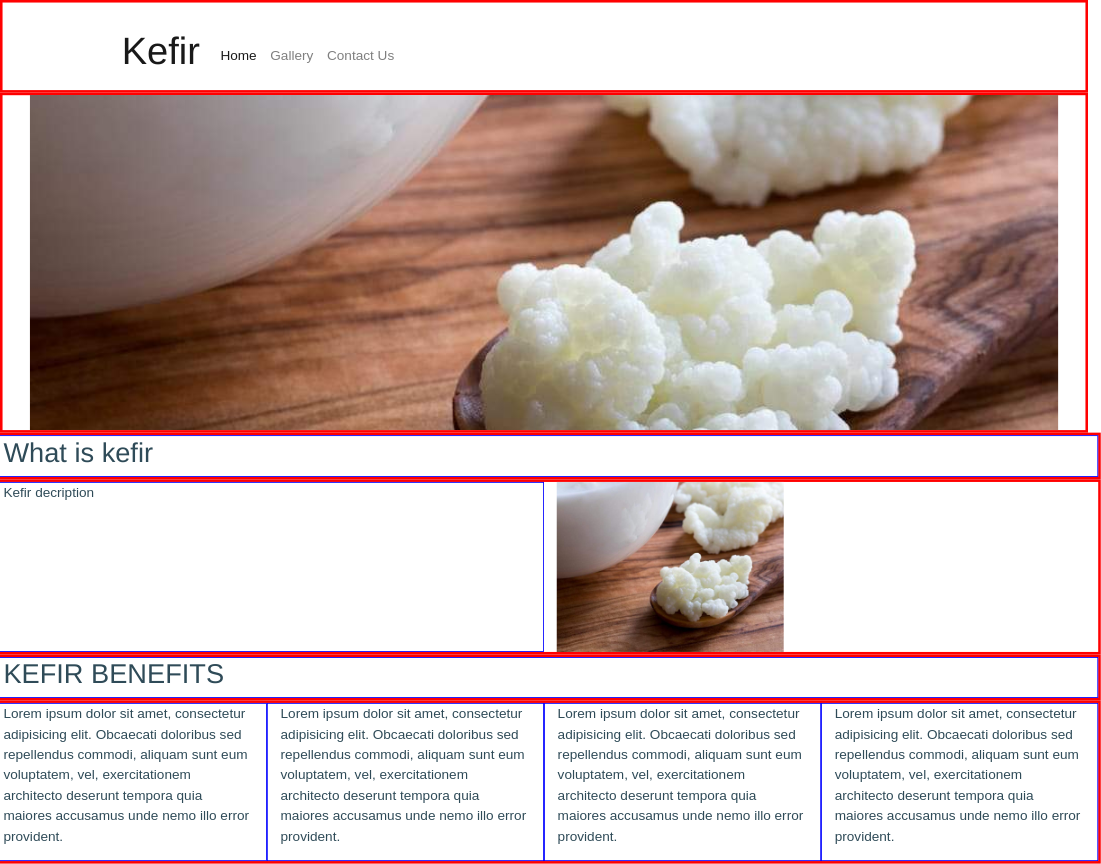
Repository: andna5980/kefir-web
Page: src/index.html
The author's editor kept a copy of each file at every save. The page is drawn from the files as they stood at one save, then again after the next save.
The browser window is 1280 px wide. The page is 1295 px wide, so the pictures cover 1295 px, including what lies to the right of the window. The pictures show the whole page, at 85% of full size.
Some web fonts or font styles are not loaded; a fallback is used. Some web libraries are served in a nearby version.

Above is the page before, as saved 2021-02-28 12:17:22.

### src/index.html
<!DOCTYPE html>
<html lang="en-US">

<head>
  <meta charset="UTF-8">
  <meta name="viewport" content="width=device-width, initial-scale=1.0">
  <meta name="author" content="Andres Navarrete">
  <meta name="description"
    content="Kefir, meet the power of nature. Bring the right knowledge and the best recipes from mother nature">
  <meta name="keywords" content="Kefir, recipes, natural-products, home-made, organic, healthy">
  <title>KEFIR | MEET THE POWER OF NATURE</title>
  <link rel="stylesheet" href="https://cdn.jsdelivr.net/npm/bootstrap@4.5.3/dist/css/bootstrap.min.css"
    integrity="sha384-TX8t27EcRE3e/ihU7zmQxVncDAy5uIKz4rEkgIXeMed4M0jlfIDPvg6uqKI2xXr2" crossorigin="anonymous">
  <link rel="stylesheet" href="https://use.fontawesome.com/releases/v5.6.3/css/all.css"
    integrity="sha384-UHRtZLI+pbxtHCWp1t77Bi1L4ZtiqrqD80Kn4Z8NTSRyMA2Fd33n5dQ8lWUE00s/" crossorigin="anonymous">
  <link href="../src/assets/styles/style.css" rel="stylesheet">
</head>

<body>
  <!--------------------Main-Header-------------------------------------->
  <header>
    <nav class="test-red navbar navbar-expand-md navbar-light">
      <a class="navbar-brand" href="#">Kefir</a>
      <button class="navbar-toggler" type="button" data-toggle="collapse" data-target="#navbarNav"
        aria-controls="navbarNav" aria-expanded="false" aria-label="Toggle navigation">
        <span class="navbar-toggler-icon"></span>
      </button>
      <div class="collapse navbar-collapse" id="navbarNav">
        <ul class="navbar-nav">
          <li class="nav-item active">
            <a class="nav-link" href="#">Home <span class="sr-only">(current)</span></a>
          </li>
          <li class="nav-item">
            <a class="nav-link" href="#">Gallery</a>
          </li>
          <li class="nav-item">
            <a class="nav-link" href="#">Contact Us</a>
          </li>

        </ul>
      </div>
    </nav>
  </header>

  <!--------------------Hero-mage-------------------------------------->

  <div class="test-red container-hero">
    <div class="hero-image col-12"></div>
  </div>


  <!--------------------What-is-kefir-------------------------------------->

  <section>
    <div class=" test-red row">
      <div class=" test-blue col-12">
        <h2>What is kefir</h2>
      </div>
    </div>

    <div class=" test-red row">
      <div class="test-blue col-6">
        <p> Kefir decription</p>
      </div>

      <div class="col-6">
        <img src="../src/assets/images/milk-kefir-grains-spoon_1024x1024.jpg" alt="kefir-products" height="200">
      </div>
    </div>

  </section>


  <!--------------------Kefir-benefits-------------------------------------->

  <section>
    <div class="test-red row">
      <div class=" test-blue col-12">
        <h2> KEFIR BENEFITS </h2>
      </div>
    </div>

    <div class=" test-red row">
      <div class="test-blue col-3">
          <p>Lorem ipsum dolor sit amet, consectetur adipisicing elit. Obcaecati doloribus sed repellendus commodi,
            aliquam sunt eum voluptatem, vel, exercitationem architecto deserunt tempora quia maiores accusamus
             unde nemo illo error provident.</p>
      </div>
      <div class="test-blue col-3">
        <p>Lorem ipsum dolor sit amet, consectetur adipisicing elit. Obcaecati doloribus sed repellendus commodi,
          aliquam sunt eum voluptatem, vel, exercitationem architecto deserunt tempora quia maiores accusamus
           unde nemo illo error provident.</p>
      </div>
      <div class="test-blue col-3">
        <p>Lorem ipsum dolor sit amet, consectetur adipisicing elit. Obcaecati doloribus sed repellendus commodi,
          aliquam sunt eum voluptatem, vel, exercitationem architecto deserunt tempora quia maiores accusamus
           unde nemo illo error provident.</p>
      </div>
      <div class="test-blue col-3">
        <p>Lorem ipsum dolor sit amet, consectetur adipisicing elit. Obcaecati doloribus sed repellendus commodi,
          aliquam sunt eum voluptatem, vel, exercitationem architecto deserunt tempora quia maiores accusamus
           unde nemo illo error provident.</p>
      </div>
    </div>
  </section>



</body>











<script src="https://code.jquery.com/jquery-3.2.1.slim.min.js"
  integrity="sha384-KJ3o2DKtIkvYIK3UENzmM7KCkRr/rE9/Qpg6aAZGJwFDMVNA/GpGFF93hXpG5KkN" crossorigin="anonymous"></script>
<script src="https://cdnjs.cloudflare.com/ajax/libs/popper.js/1.12.9/umd/popper.min.js"
  integrity="sha384-ApNbgh9B+Y1QKtv3Rn7W3mgPxhU9K/ScQsAP7hUibX39j7fakFPskvXusvfa0b4Q" crossorigin="anonymous"></script>
<script src="https://maxcdn.bootstrapcdn.com/bootstrap/4.0.0/js/bootstrap.min.js"
  integrity="sha384-JZR6Spejh4U02d8jOt6vLEHfe/JQGiRRSQQxSfFWpi1MquVdAyjUar5+76PVCmYl" crossorigin="anonymous"></script>

</html>

### src/assets/styles/style.css
@import url('https://fonts.googleapis.com/css2?family=Amatic+SC&family=Caveat+Brush&display=swap');

.container {
    margin: 15px;
}


body {
    font-family: Arial, Helvetica, sans-serif;
    color: #2F4B58;
    max-width: 1500px;
}

h2 {
    font-family:  Caveat Brush, Helvetica, sans-serif;
    color: #2F4B58;
}


/*----------------------BORDER ROWS AND COLUMNS----------*/

.test-red {
    border: 3px solid red
}

.test-blue {
    border:1px solid blue
}









/*-----------------------Header ----------*/

.navbar-brand {
    float: left;
    color: #2F4B58;
    font-family:  Caveat Brush, Helvetica, sans-serif;
    font-size: 280%;
    margin-left: 10%;
    margin-top: 10px;
}

.navbar-nav {
    float: right;
}

.navbar-nav li a{
    margin-top: 20px;
    color: #2F4B58;
}


.navbar-toggler {
    border: 2px solid #2F4B58;
    color: #2F4B58;
}

/*
.navbar-toggler.icon{

}
*/





.menu a {
    text-decoration: none;
    color: #2F4B58;
}

.menu  {
list-style-type: none;
margin-right: 5%;
margin-top: 30px; /* CHAPUZA  */
word-spacing: 5px;
}

.menu ul {
    float:right;
    margin-left: 10px;
}

.menu li {
    list-style-type: none;
    display: inline-flex;
}


/*-----------------------Hero-image ----------*/

.container-hero {
    height: 400px;
    overflow: hidden;
}

.hero-image {
    height: 400px;
    width: 100%;
    background: url(../images/milk-kefir-grains-spoon_1024x1024.jpg) no-repeat center;
    animation-name: hero-zoom;
    animation-duration: 4s;
    animation-fill-mode: forwards;
}

/*------Animation of the Hero image-------*/

@keyframes hero-zoom {
    from{
        transform: scale(1);
    }
    to{
        transform: scale(1.2);
    }
}

/*-----------------------What-is-kefir-are----------*/

After the next save:
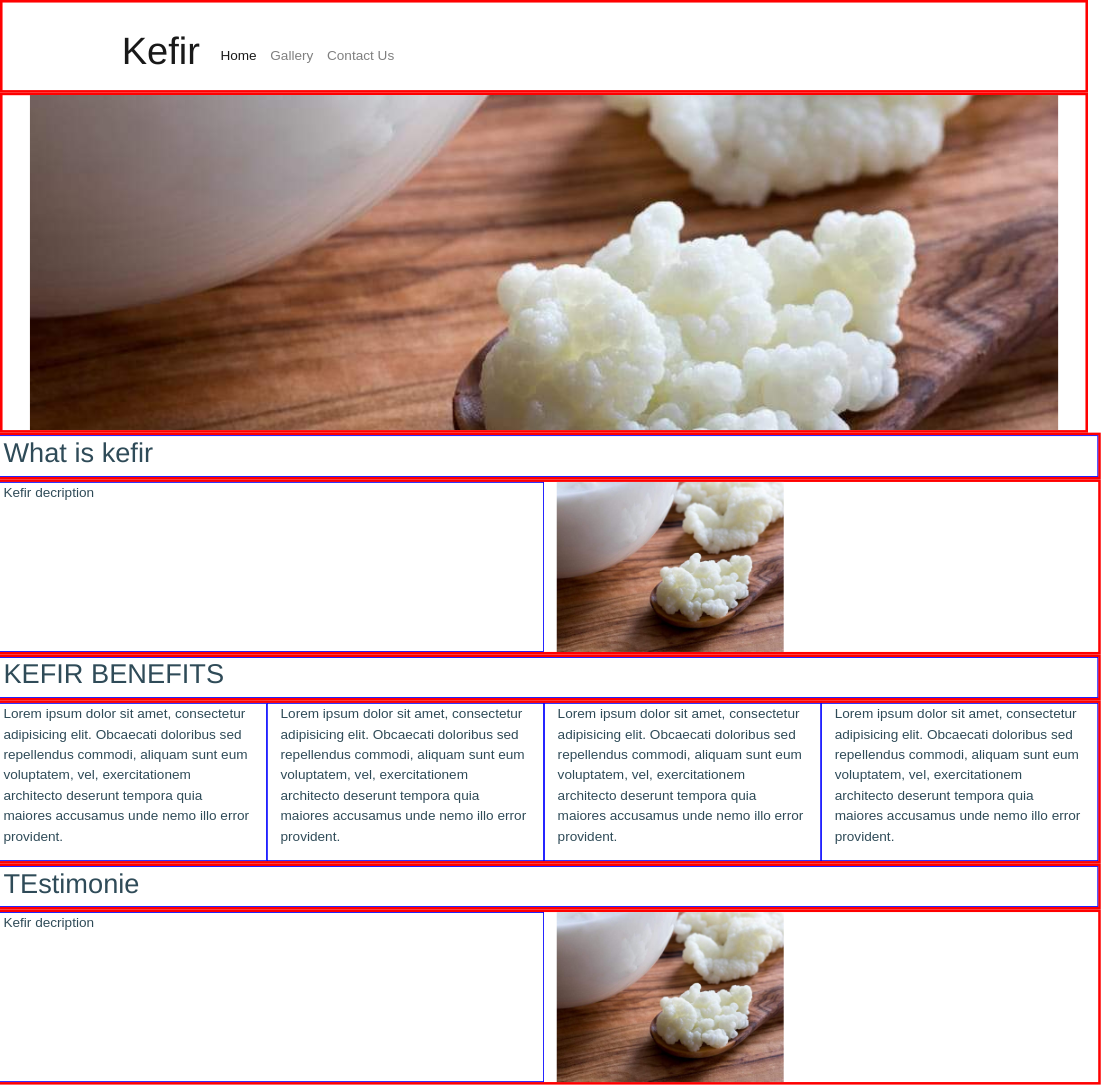
Saved 7 min 30 s later.
--- a/src/index.html
+++ b/src/index.html
@@ -104,6 +104,26 @@
     </div>
   </section>
 
+  <!--------------------Testimonies-------------------------------------->
+
+  <section>
+    <div class=" test-red row">
+      <div class=" test-blue col-12">
+        <h2>TEstimonie</h2>
+      </div>
+    </div>
+
+    <div class=" test-red row">
+      <div class="test-blue col-6">
+        <p> Kefir decription</p>
+      </div>
+
+      <div class="col-6">
+        <img src="../src/assets/images/milk-kefir-grains-spoon_1024x1024.jpg" alt="kefir-products" height="200">
+      </div>
+    </div>
+
+  </section>
 
 
 </body>
